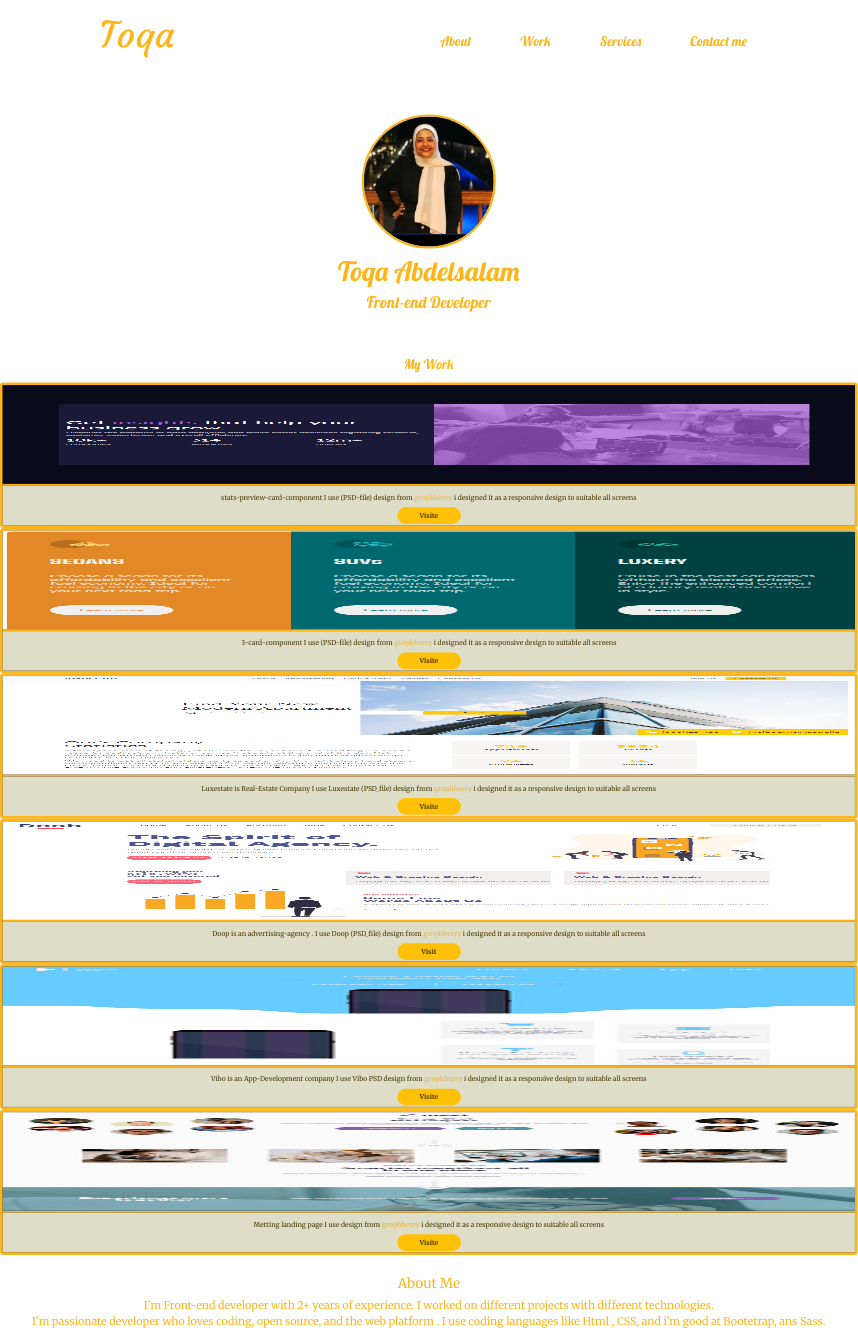
Repository: Toqa-25/portfolio
Page: index.html
These files come from the project's save history. The page is drawn as it stood at one moment and after a run of saves; the edit follows.
The browser window is 1280 px wide. The pictures show the whole page, at 67% of full size.
Some web fonts or font styles are not loaded; a fallback is used.

Above is the page before, as saved 2021-10-31 18:11:19.

After the next 2 saves:
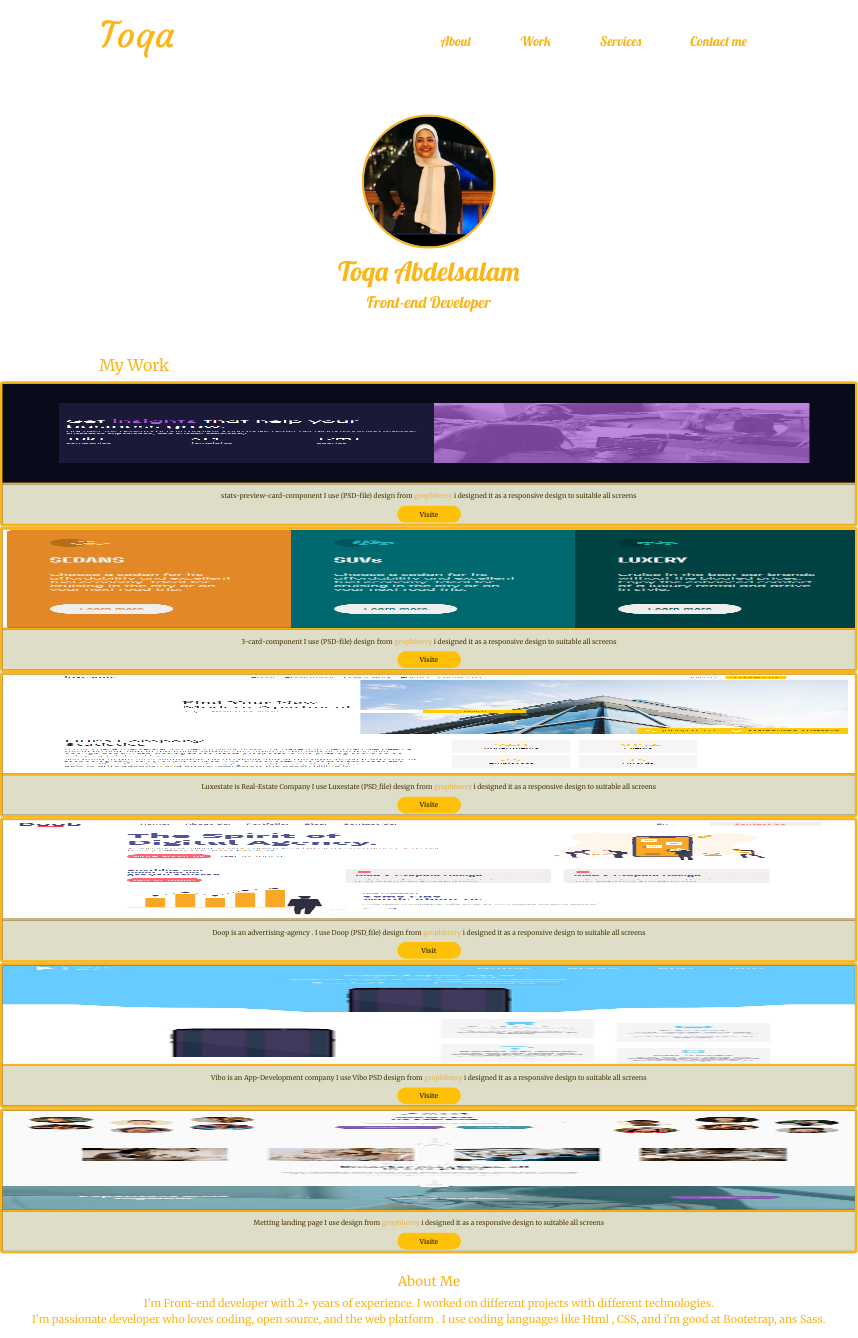
The 2 saves are shown as one change because they came seconds apart.
The last was saved 9 s later.
--- a/index.html
+++ b/index.html
@@ -68,7 +68,7 @@
       <!-- my-work  section -->
       <section class="pad work">
         <div class="container">
-          <h5>My Work</h5>
+          <h4 class=>My Work</h5>
           <div class="work-content">
 
           </div>
